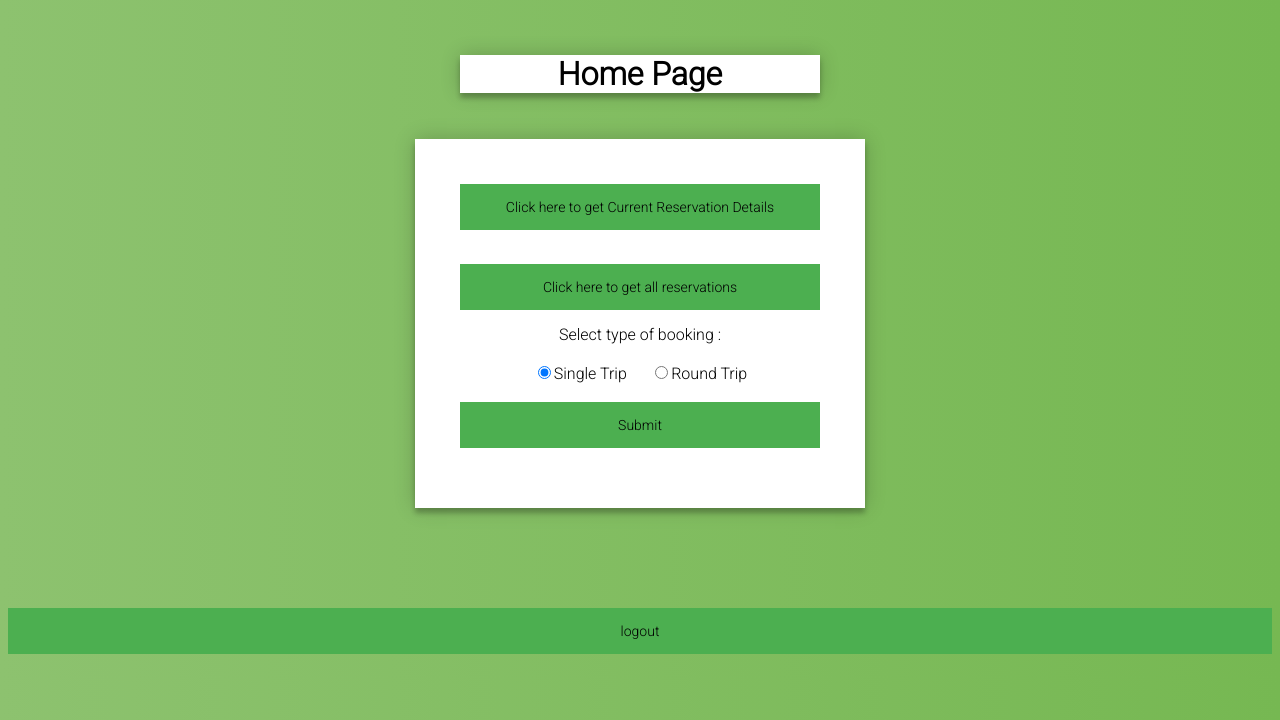
Repository: anirudhbandi96/AirlineSystem
Page: http://localhost/ARMS/customerHome.jsp
An editor plug-in stored every save of this project. The page is shown before and after the next save, followed by the edit.
The browser window is 1280 px wide. The pictures show the whole page.
Some web libraries are served in a nearby version. The page is served by Tomcat 9.

Above is the page before, as saved 2018-04-01 20:45:18.

After the next save:
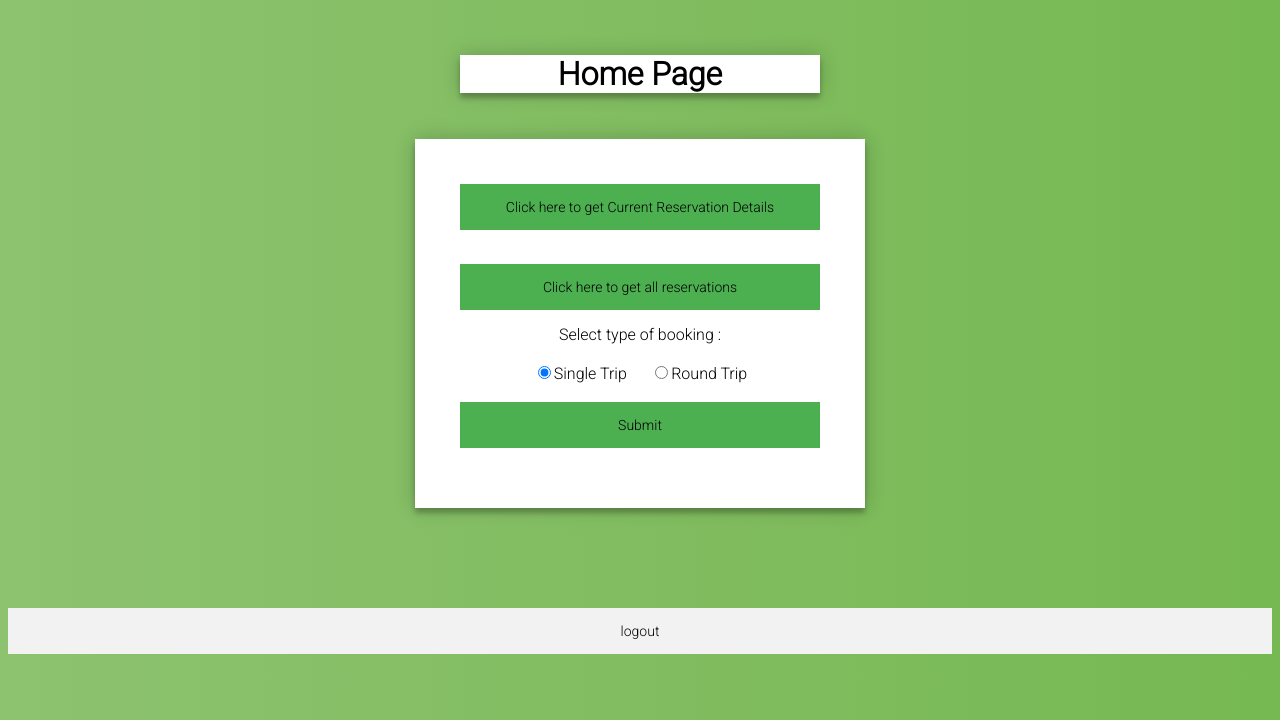
Saved 7 min 1 s later.
--- a/ARMS/WebContent/customerHome.jsp
+++ b/ARMS/WebContent/customerHome.jsp
@@ -92,9 +92,9 @@ else if("round".equals(trip)){
   </form>
 <% }%>
 
-<form name = "logout" action = "LoginServlet" method = "post" class="login-form-cust">
+<form name = "logout" action = "LoginServlet" method = "post">
 
-<input type = "submit" value = "logout" style="background-color: #4CAF50">
+<input type = "submit" value = "logout">
 <input type = "hidden" value = "logout">
 </form>
 
